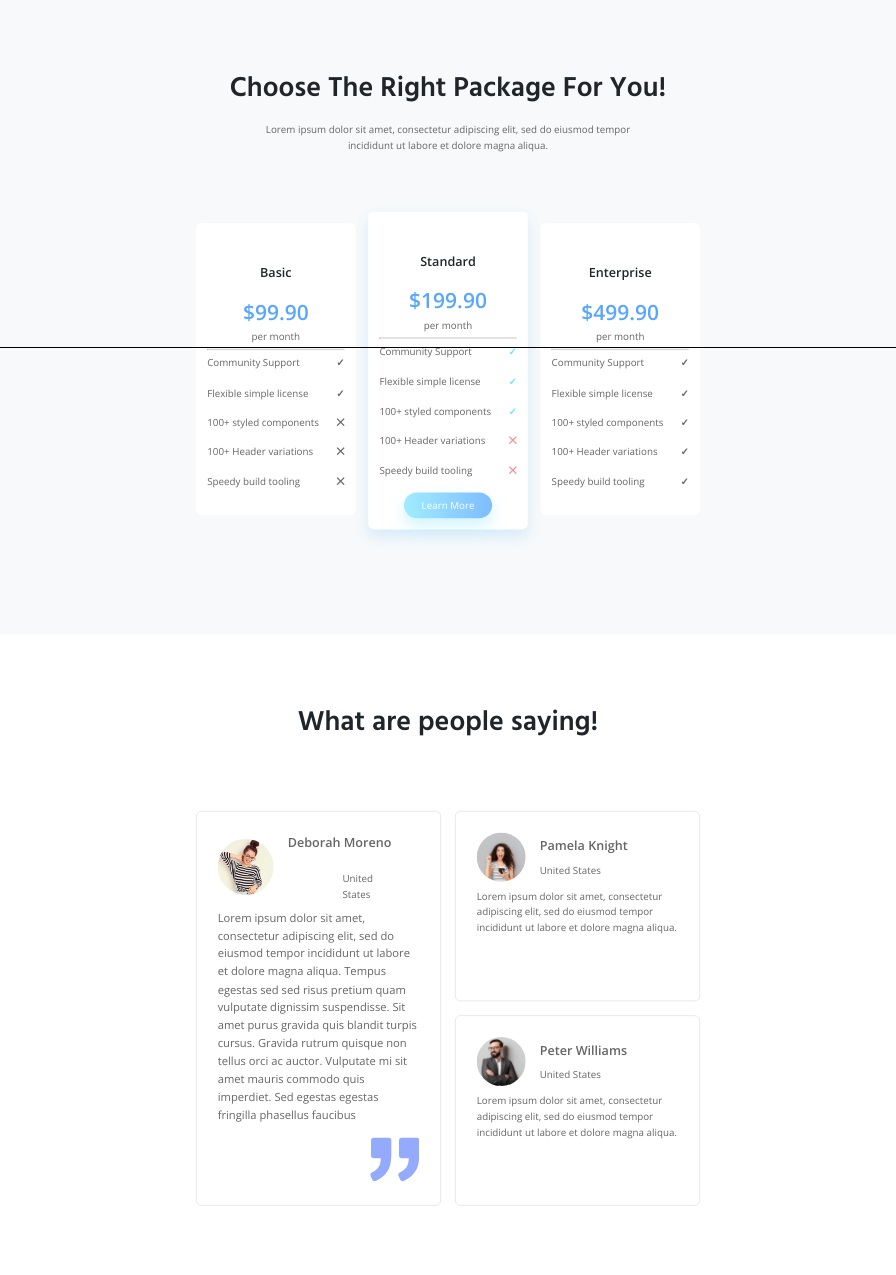
Repository: Sc-Juju/CodeRad
Page: index.html
An editor plug-in stored every save of this project. The page is shown before and after the next save, followed by the edit.
The browser window is 1280 px wide. The pictures show the part of the page from y = 2409 to 4329 px (the page is 4231 px tall before and 4329 px after), at 70% of full size.

Above is the page before, as saved 2022-11-11 22:04:09.

After the next save:
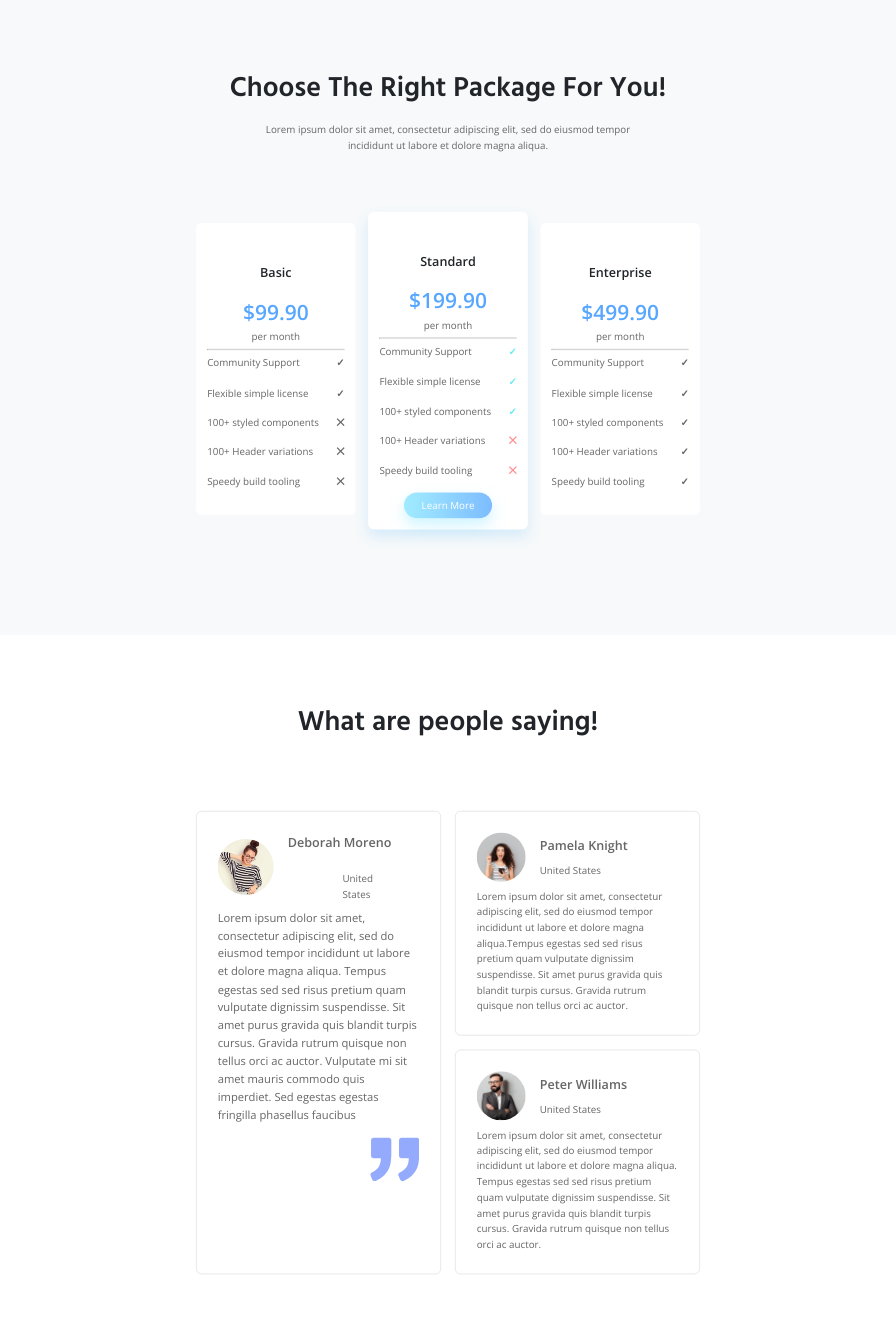
Saved 4 min 9 s later.
--- a/index.html
+++ b/index.html
@@ -349,7 +349,10 @@
 						<p>
 							Lorem ipsum dolor sit amet, consectetur adipiscing
 							elit, sed do eiusmod tempor incididunt ut labore et
-							dolore magna aliqua.
+							dolore magna aliqua.Tempus egestas sed sed risus
+							pretium quam vulputate dignissim suspendisse. Sit
+							amet purus gravida quis blandit turpis cursus.
+							Gravida rutrum quisque non tellus orci ac auctor.
 						</p>
 					</div>
 				</div>
@@ -370,7 +373,10 @@
 						<p>
 							Lorem ipsum dolor sit amet, consectetur adipiscing
 							elit, sed do eiusmod tempor incididunt ut labore et
-							dolore magna aliqua.
+							dolore magna aliqua. Tempus egestas sed sed risus
+							pretium quam vulputate dignissim suspendisse. Sit
+							amet purus gravida quis blandit turpis cursus.
+							Gravida rutrum quisque non tellus orci ac auctor.
 						</p>
 					</div>
 				</div>
